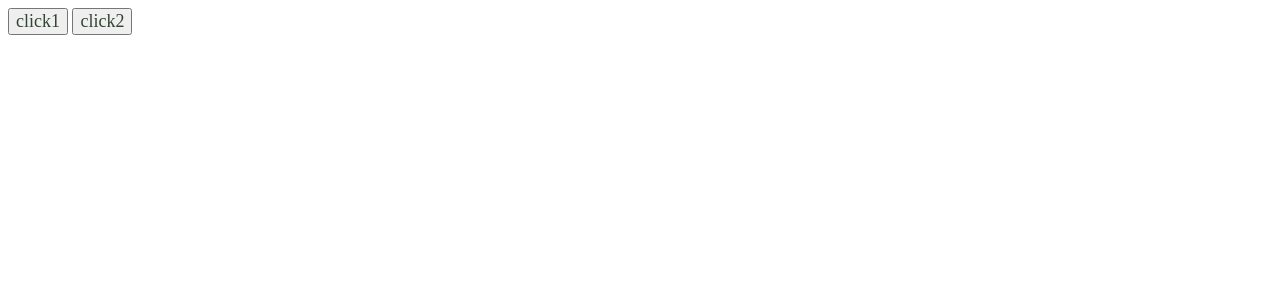
Repository: youngsik0405/Web-study
Page: JsonApp/WebContent/JsonTest05.html
An editor plug-in stored every save of this project. The page is shown before and after the next save, followed by the edit.
The browser window is 1280 px wide. The pictures show the whole page.

Above is the page before, as saved 2025-02-05 02:18:18.

### JsonApp/WebContent/JsonTest05.html
<!DOCTYPE html>
<html>
<head>
<meta charset="UTF-8">
<title>JsonTest05.html</title>
<link rel="stylesheet" type="text/css" href="css/main.css">
<script type="text/javascript">

	var myJsonObject5 =
	{
		"test" : function(args)
		{
			alert("Method Test : " + args);
		}
	}

	var t = myJsonObject5.test;

	/* JsonTest04.html → var a = myJsonObject5.test; a(); */

</script>
</head>
<body>

<form>
	<input type="button" value="click1" onclick="t('jehoon')">

	<input type="button" value="click2" onclick="eval('var a=' + myJsonObject5.test); a('jehoon')">
</form>


</body>
</html>

### JsonApp/WebContent/css/main.css
@charset "UTF-8";

/* main.css */

*
{
	font-family: 맑은 고딕;
	color: #334433;
}

body, p, div, span, input, table, th, td, select
{
	font-size: 18px;
}

.control
{
	border: 1px solid gray;
	border-radius: 3px;
}

.table
{
	border-collapse: collapse;
	width: 100%;
}

.table th, .table td
{
	border: 1px solid gray;
	border-left: 0px;
	border-right: 0px;
	padding: 3px;
	line-height: 150%;
}

.table th
{
	font-weight: bold;
	background-color: #eeeeee;
}

.btn
{
	font-weight: bold;
}

.btn:hover
{
	color: white;
	background-color: #778877;
}

After the next save:
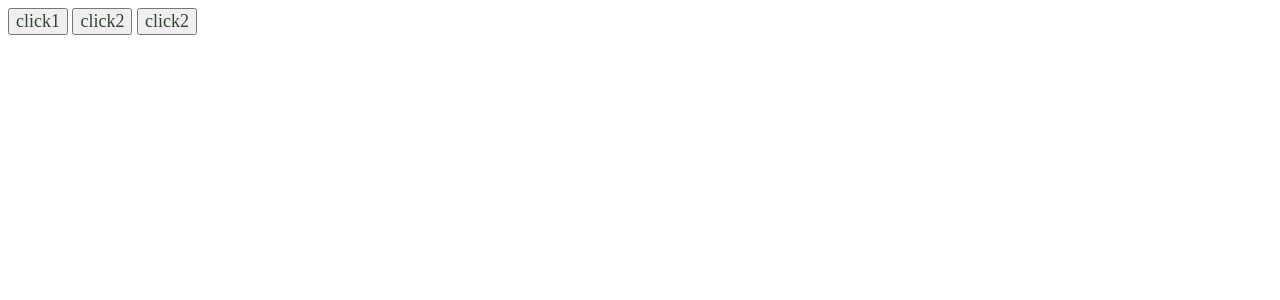
Saved 84 s later.
--- a/JsonApp/WebContent/JsonTest05.html
+++ b/JsonApp/WebContent/JsonTest05.html
@@ -24,8 +24,15 @@
 
 <form>
 	<input type="button" value="click1" onclick="t('jehoon')">
+	<!-- Method Test : jehoon -->
 
-	<input type="button" value="click2" onclick="eval('var a=' + myJsonObject5.test); a('jehoon')">
+	<input type="button" value="click2"
+		onclick="eval('var a=' + myJsonObject5.test); a('jehoon')">
+	<!-- Method Test : jehoon -->
+
+	<input type="button" value="click2"
+		onclick="eval('(' + myJsonObject5.test + ')(\'jehoon\')')">
+
 </form>
 
 
